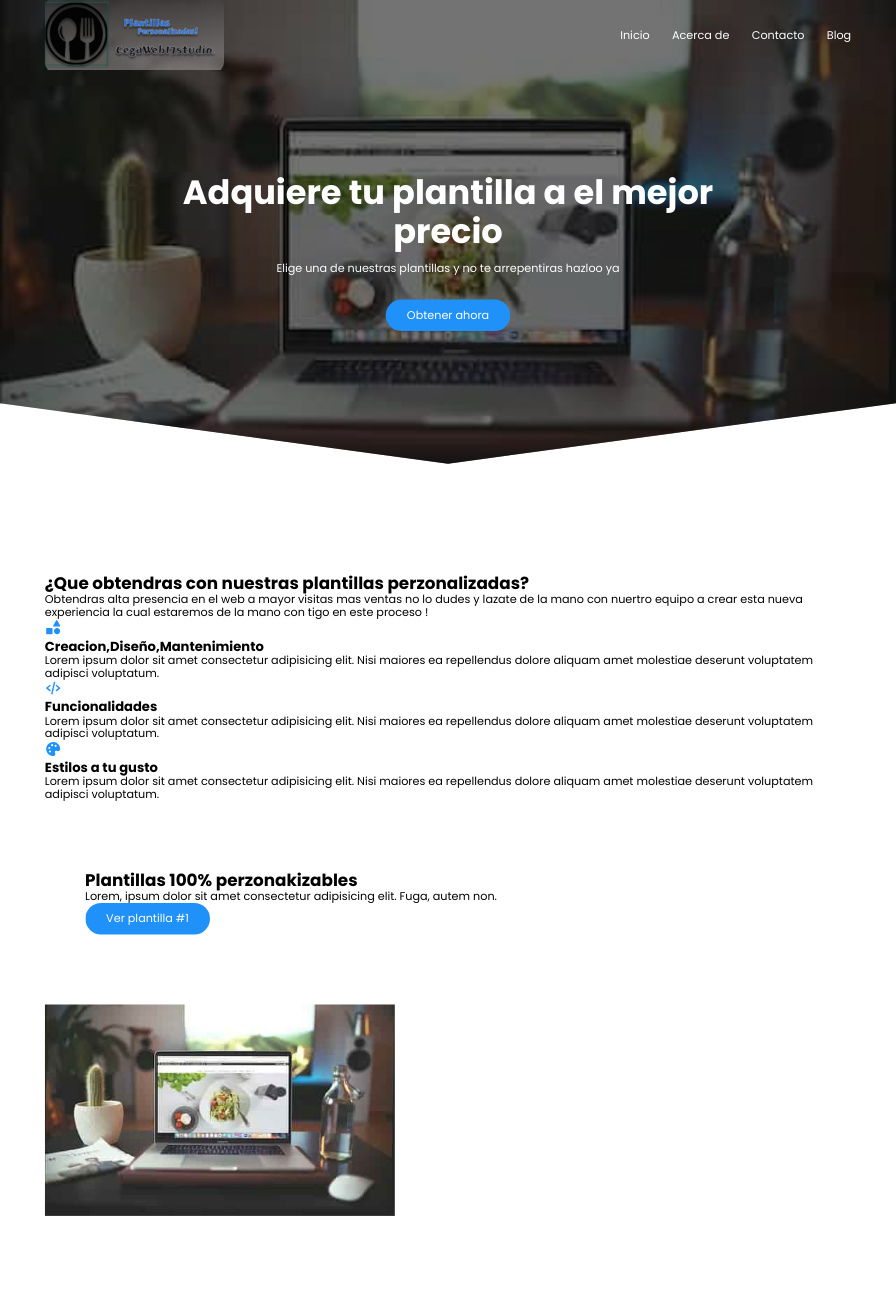
Repository: cega17/una-pagina-web
Page: index.html
An editor plug-in stored every save of this project. The page is shown before and after the next save, followed by the edit.
The browser window is 1280 px wide. The pictures show the whole page, at 70% of full size.

Above is the page before, as saved 2023-10-28 23:39:46.

After the next save:
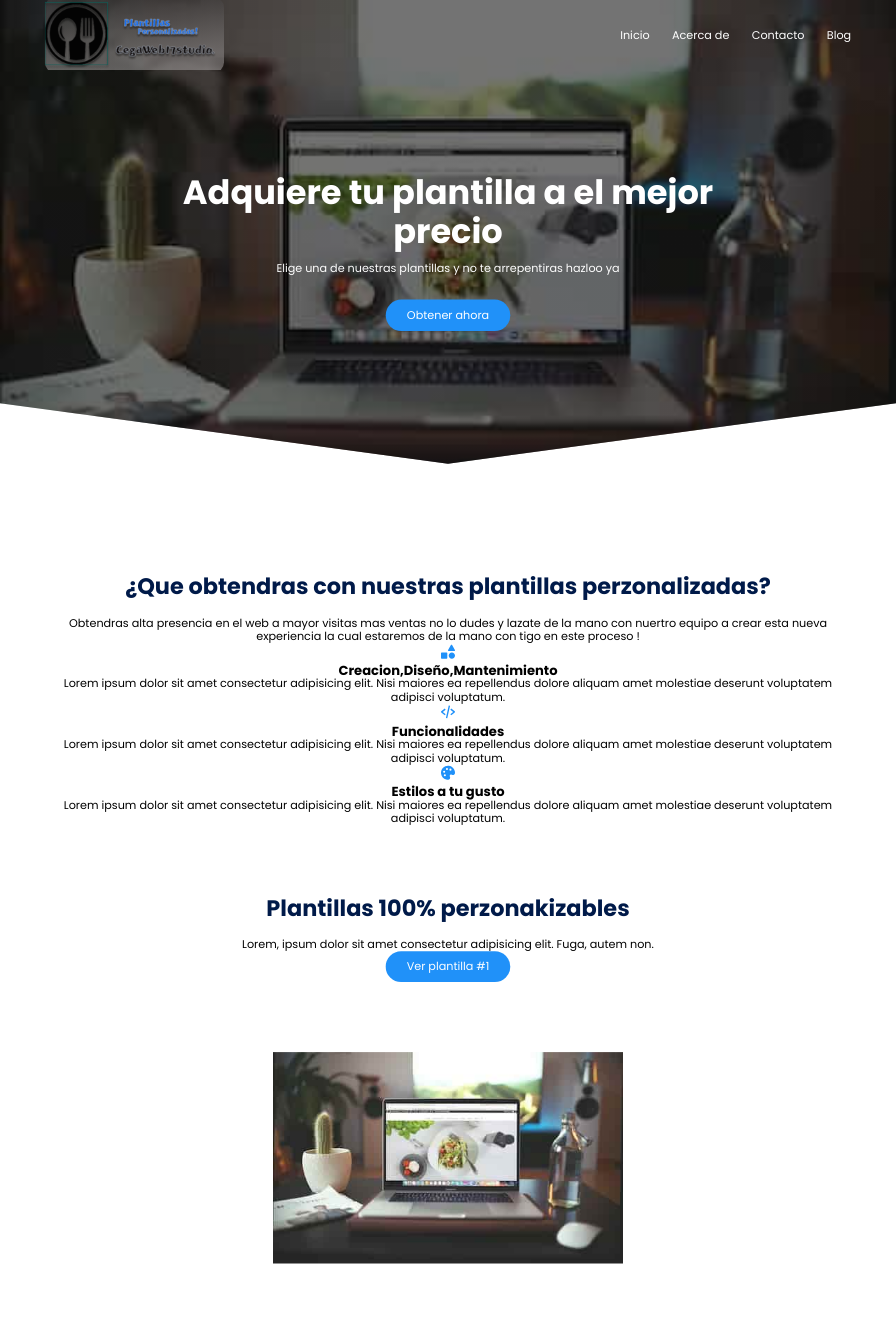
Saved 20 h 58 min later.
--- a/css/styles.css
+++ b/css/styles.css
@@ -118,3 +118,15 @@ body {
     padding:13px 30px ;
     border-radius: 32px;
 }
+
+/* Inicio about */
+
+.about{
+    text-align: center;
+}
+.subtitle{
+    color: var( --color-title);
+    font-size: 2rem;
+    margin-bottom: 25px;
+}
+.about
